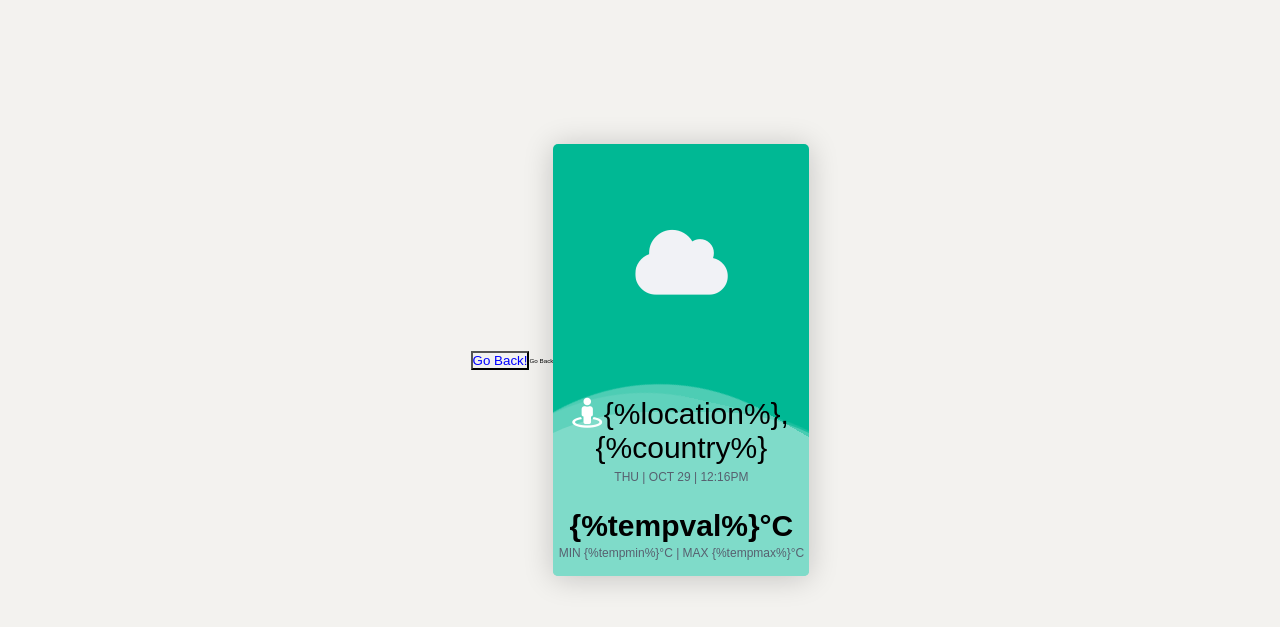
Repository: AalokJadhav/Weather_Website
Page: home.html
The author's editor kept a copy of each file at every save. The page is drawn from the files as they stood at one save, then again after the next save.
The browser window is 1280 px wide. The pictures show the whole page.
Some web libraries are served in a nearby version.

Above is the page before, as saved 2020-11-07 23:21:39.

After the next save:
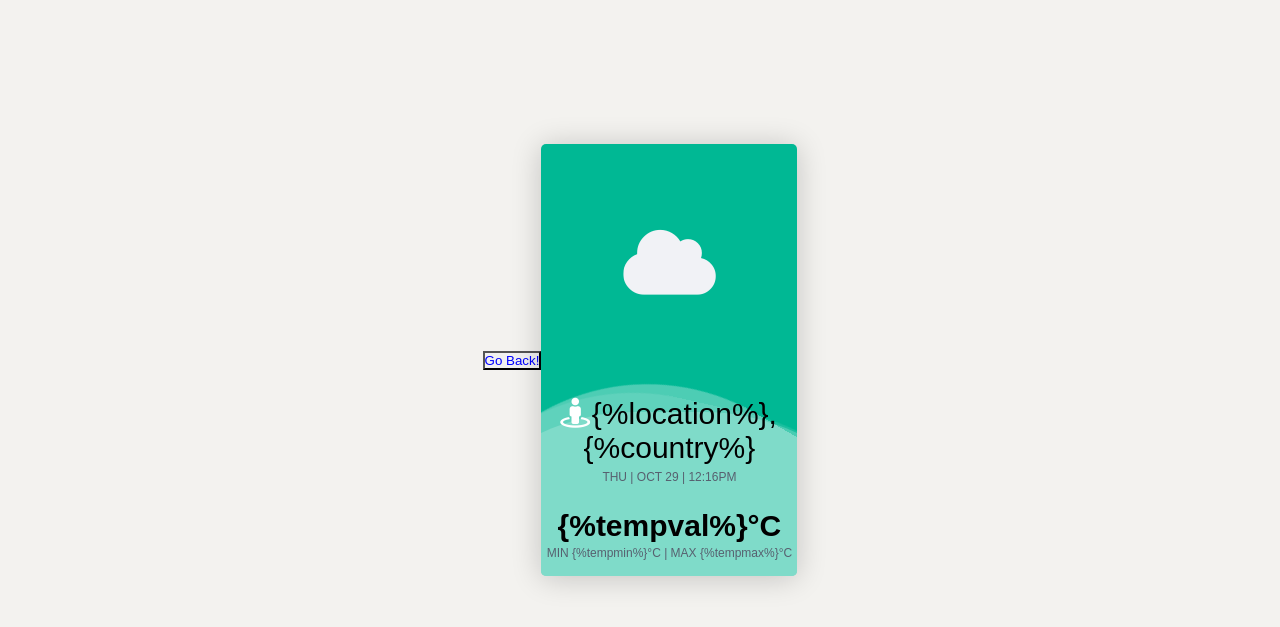
Saved 53 s later.
--- a/home.html
+++ b/home.html
@@ -220,7 +220,7 @@
     <title>Weather App</title>
 </head>
 <body>
-    <input type="button" value="Go Back!" class="goBack" onclick="goBack()" style="color: blue; position:relative;">Go Back
+    <input type="button" value="Go Back!" class="goBack" onclick="goBack()" style="color: blue; position:relative;">
 
     <div class="box">
         <div class="wave -one"></div>
